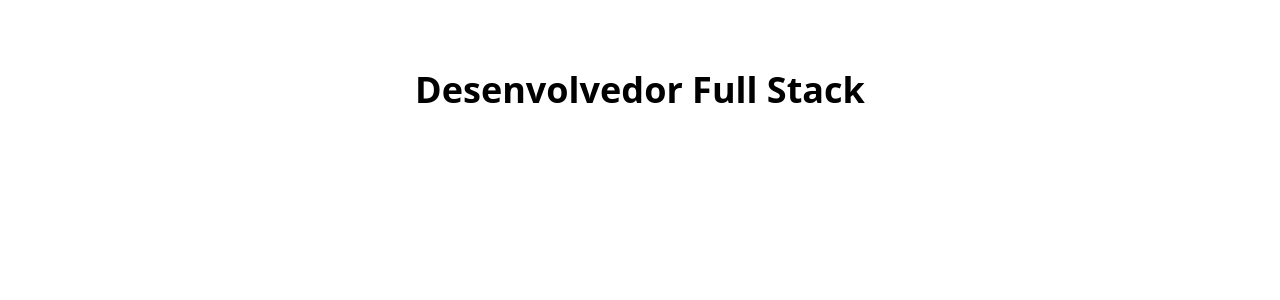
Repository: estevam02009/manoelestevam
Page: /
These files come from the project's save history. The page is drawn as it stood at one moment and after the next save; the edit follows.
The browser window is 1280 px wide. The pictures show the whole page.
The project was rebuilt for these pictures with package versions that can differ from the ones it lists, and the page was loaded fresh each time. The framework's server and built-in components were replaced by stand-ins that run in the browser. Also part of the build but not shown: next.config.ts.

Above is the page before, as saved 2025-08-05 10:18:17.

After the next save:
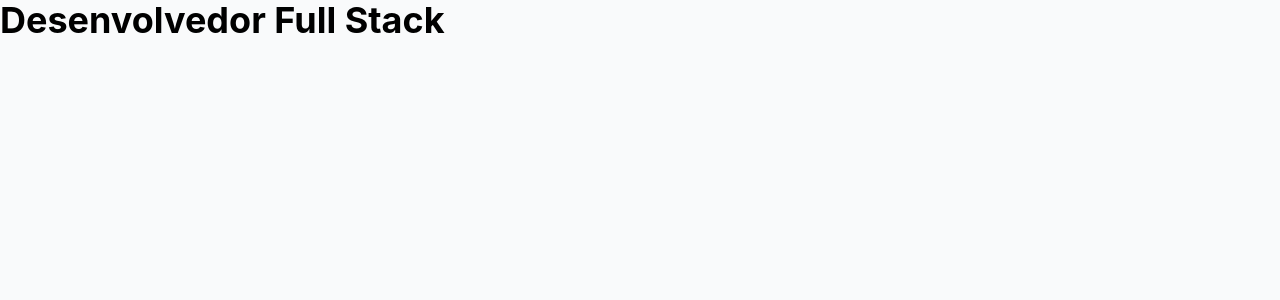
Saved 79 s later.
--- a/src/app/page.tsx
+++ b/src/app/page.tsx
@@ -2,7 +2,7 @@
 
 export default function Home() {
   return (
-    <div className="font-sans grid grid-rows-[20px_1fr_20px] items-center justify-items-center min-h-screen p-8 pb-20 gap-16 sm:p-20">
+    <div className="min-h-screen bg-gray-50">
       <h1 className="text-4xl font-bold">
         Desenvolvedor Full Stack
       </h1>
